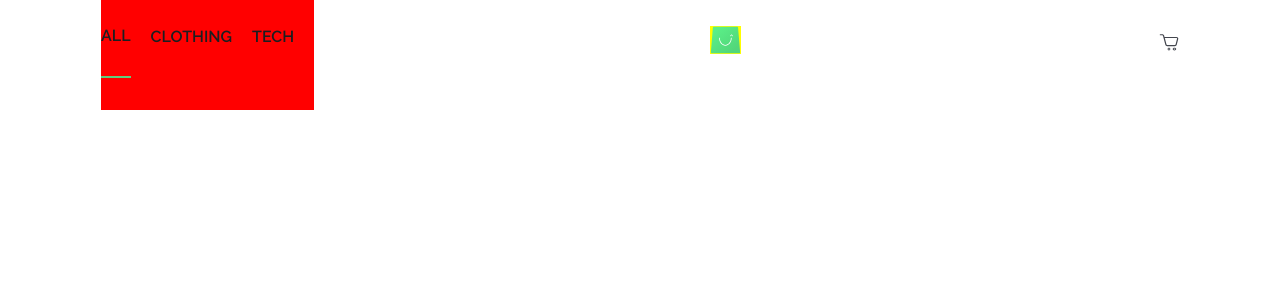
Repository: Esraa22M/project
Page: / (app in ecommerce/)
These files come from the project's save history. The page is drawn as it stood at one moment and after the next save; the edit follows.
The browser window is 1280 px wide. The pictures show the whole page.
The project was rebuilt for these pictures with package versions that can differ from the ones it lists, and the page was loaded fresh each time. Also part of the build but not shown: ecommerce/src/components/TechCategory.js, ecommerce/src/components/ClothingCategory.js, ecommerce/src/components/ErrorPage.js, ecommerce/src/components/ProductDetails.js, ecommerce/src/components/Cart.js.

Above is the page before, as saved 2022-03-26 02:10:22.

After the next save:
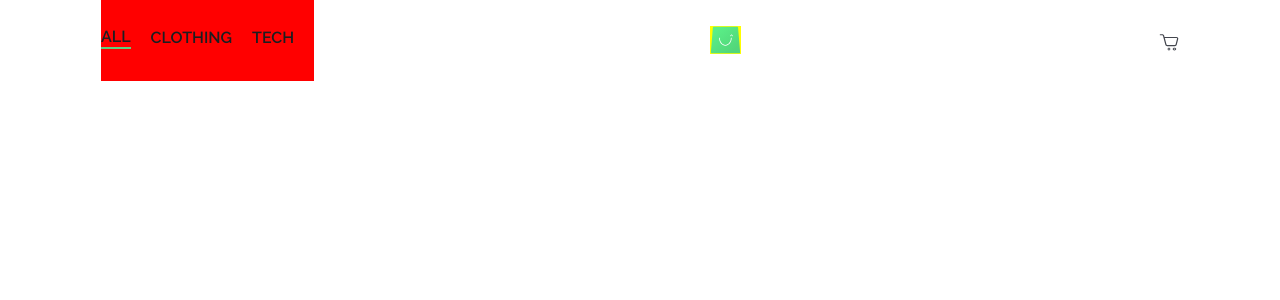
Saved 42 s later.
--- a/ecommerce/src/styles/Navbar.style.js
+++ b/ecommerce/src/styles/Navbar.style.js
@@ -36,8 +36,6 @@
   line-height: 1.2rem;
   font-size:var(--fs-16);
   text-align: center;
-  padding-top:1.75rem;
-  padding-bottom:1.875rem;
   cursor: pointer;
 `;
 export const Center = styled.div`
